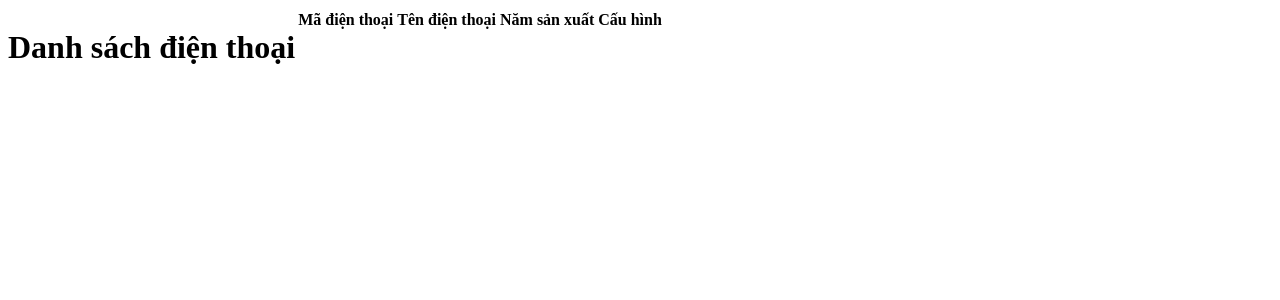
Repository: buikhacthang91042/Nam4_Ki1
Page: http://localhost/Tuan05/DanhSachDienThoaiNCC.jsp
These files come from the project's save history. The page is drawn as it stood at one moment and after the next save; the edit follows.
The browser window is 1280 px wide. The pictures show the whole page.
The page is served by Tomcat 10. Nobody is signed in. The application's start-up code is not run. The template is opened directly, without the code that normally fills it, so the values that code supplies are empty.

Above is the page before, as saved 2024-10-10 11:56:13.

After the next save:
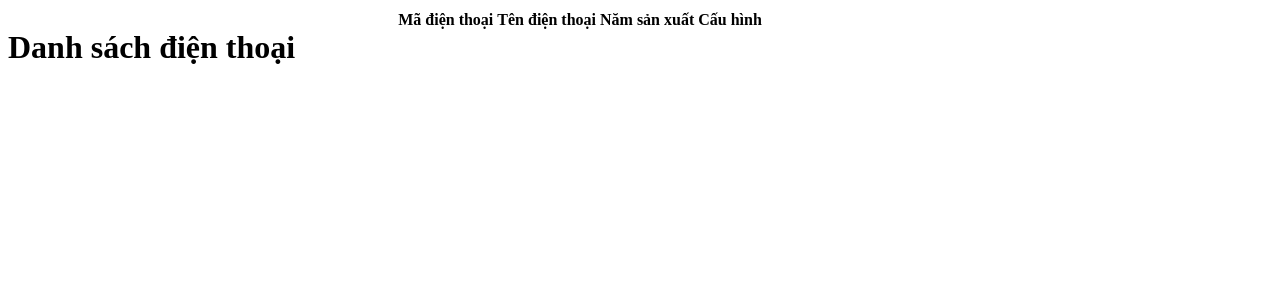
Saved 29 s later.
--- a/WWW/BuiKhacThang_21127151_Tuan05/Tuan05/src/main/webapp/DanhSachDienThoaiNCC.jsp
+++ b/WWW/BuiKhacThang_21127151_Tuan05/Tuan05/src/main/webapp/DanhSachDienThoaiNCC.jsp
@@ -15,7 +15,7 @@
 
 	}
 	.content{
-
+		margin-left: 100px;
 	}
 </style>
 
